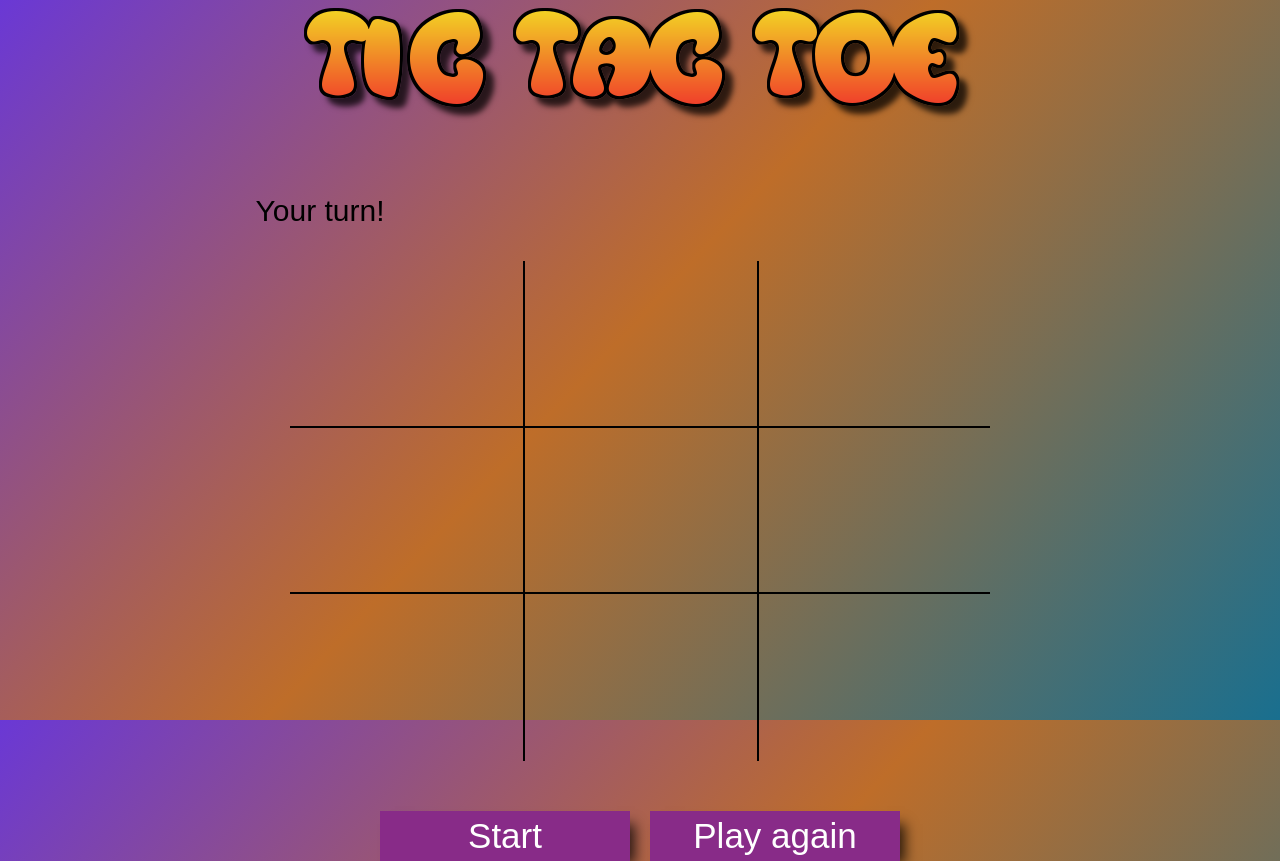
Repository: malx9/Project--5---Tic-Tac-Toe-with-AI
Page: index.html
These files come from the project's save history. The page is drawn as it stood at one moment and after the next save; the edit follows.
The browser window is 1280 px wide. The pictures show the whole page.
Some web fonts or font styles are not loaded; a fallback is used.

Above is the page before, as saved 2023-12-25 17:59:55.

### index.html
<!DOCTYPE html>
<html lang="en">
  <head>
    <meta charset="UTF-8" />
    <meta name="viewport" content="width=device-width, initial-scale=1.0" />
    <link rel="stylesheet" href="styles.css" />
    <title>Tic Tac Toe</title>
  </head>
  <body>
    <header>
      <img class="logo" src="images/logo.png" />
    </header>
    <main>
      <div class="current--player">
        <p>Your turn!</p>
      </div>
      <div class="game--board">
        <div class="square square-1"></div>
        <div class="square square-2"></div>
        <div class="square square-3"></div>
        <div class="square square-4"></div>
        <div class="square square-5"></div>
        <div class="square square-6"></div>
        <div class="square square-7"></div>
        <div class="square square-8"></div>
        <div class="square square-9"></div>
      </div>
      <div class="game--options">
        <button class="game--options__button game--options__start">
          Start
        </button>
        <button class="game--options__button game--options__play">
          Play again
        </button>
      </div>
    </main>
  </body>
</html>

### styles.css
@import url("https://fonts.googleapis.com/css2?family=Concert+One&display=swap");

html {
  height: 100%;
  margin: 0;
  font-family: "Concert One", sans-serif;
}

body {
  margin: 0;
  background: rgb(106, 56, 213);
  background: linear-gradient(
    133deg,
    rgba(106, 56, 213, 1) 0%,
    rgba(190, 109, 41, 1) 48%,
    rgba(25, 111, 143, 1) 100%
  );
}

.logo {
  display: block;
  margin-left: auto;
  margin-right: auto;
  margin-bottom: 30px;
}

.current--player {
  display: flex;
  justify-content: center;
  align-items: center;
  font-size: 30px;
  width: 50%;
  height: 100px;
}

.game--board {
  display: grid;
  grid-template-columns: repeat(3, 1fr);
  grid-template-rows: repeat(3, 1fr);
  width: 700px;
  height: 500px;
  margin: auto;
}

.square {
  background-color: transparent;
  border: 2px solid #000000;
  border-top: 0;
  border-right: 0;
}

.square-7,
.square-8,
.square-9 {
  border-bottom: 0;
}

.square-1,
.square-4,
.square-7 {
  border-left: 0;
}

.game--options {
  display: flex;
  justify-content: center;
  align-items: center;
  gap: 20px;
  margin-top: 50px;
}

.game--options__button {
  width: 250px;
  height: 50px;
  background-color: rgb(136, 43, 136);
  border-style: solid;
  border: 0;
  font-size: 35px;
  color: rgb(255, 255, 255);
  font-family: "Concert One", sans-serif;
  box-shadow: 10px 8px 12px -5px rgba(0, 0, 0, 0.75);
}

After the next save:
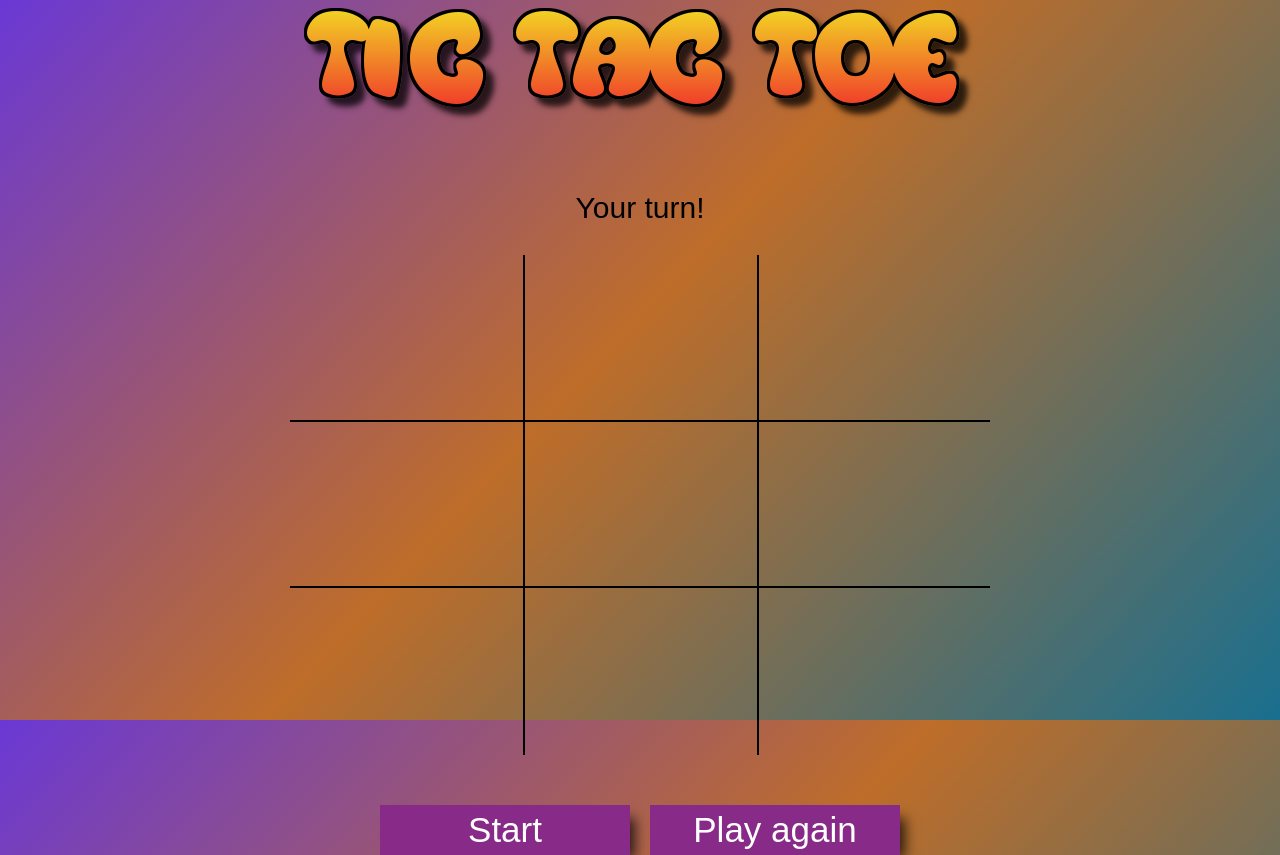
Saved 21 s later.
--- a/styles.css
+++ b/styles.css
@@ -29,8 +29,6 @@ body {
   justify-content: center;
   align-items: center;
   font-size: 30px;
-  width: 50%;
-  height: 100px;
 }
 
 .game--board {
